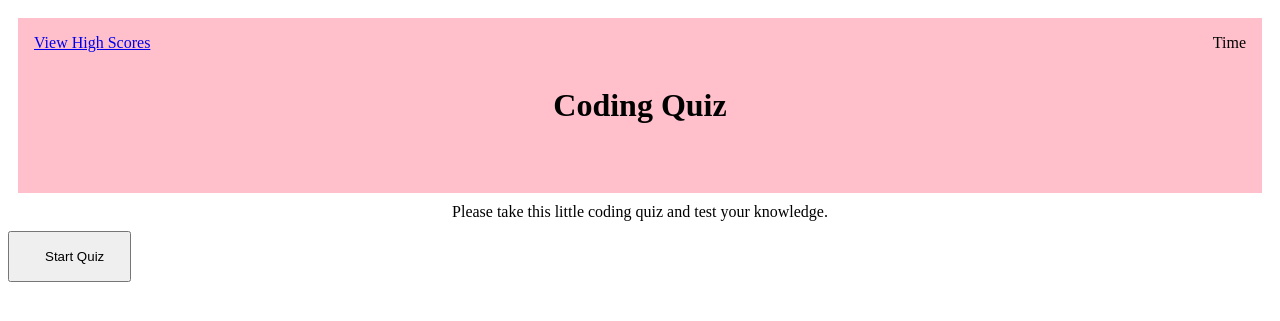
Repository: Naomilounsbury/code-quiz
Page: index.html
These files come from the project's save history. The page is drawn as it stood at one moment and after the next save; the edit follows.
The browser window is 1280 px wide. The pictures show the whole page.

Above is the page before, as saved 2021-11-29 10:32:20.

After the next save:
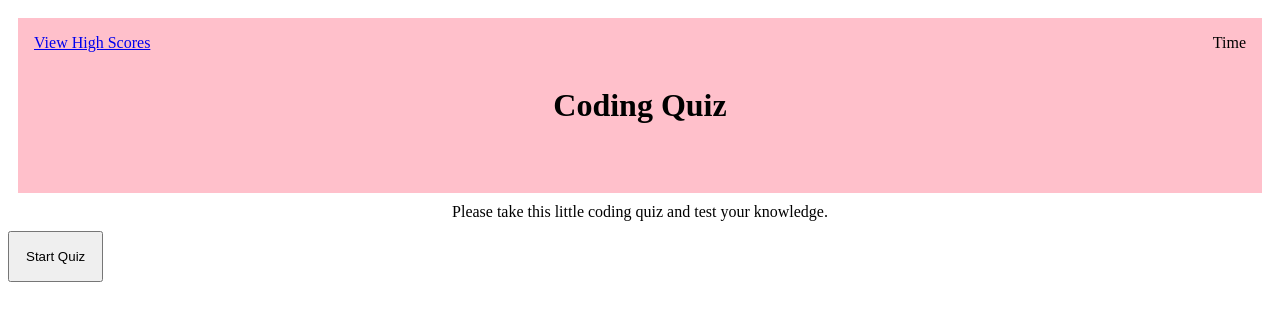
Saved 96 s later.
--- a/assets/css/styles.css
+++ b/assets/css/styles.css
@@ -27,9 +27,7 @@ h1{
     text-align: center;
 }
 .question{
-    align-content: center;
-    justify-items: center;
-    text-align: center;
+
     margin: auto;
 
 }
@@ -39,10 +37,8 @@ button{
     position: relative;
     margin: 10px 0 5px 0;
     justify-content: center;
-    padding-top: 16px;
-    padding-left: 35px;
-    padding-right: 25px;
-    padding-bottom: 16px;
+    padding: 16px;
+
 
 }
 .btn{
